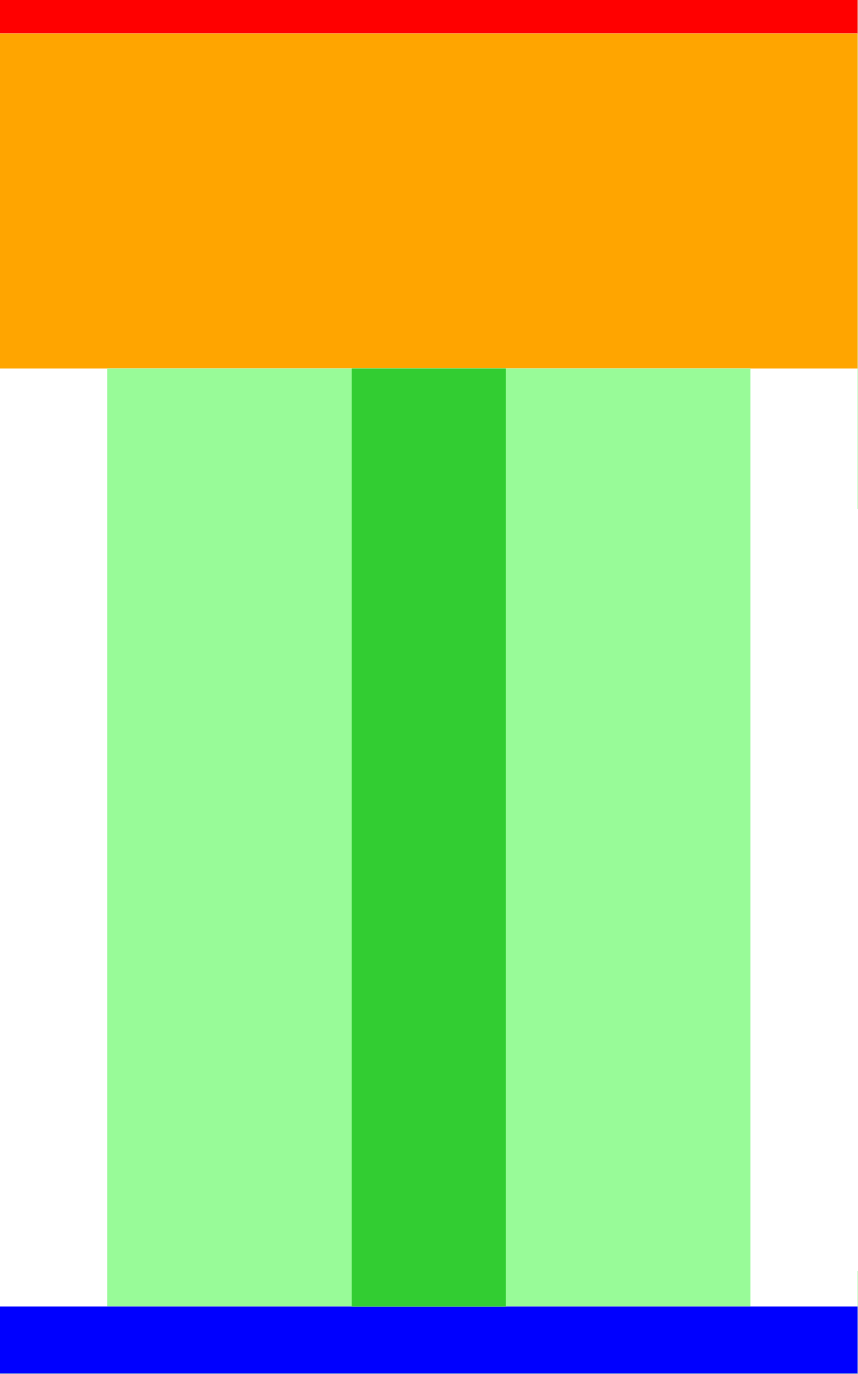
Repository: Y-takumi0/DMMwebcamp
Page: exercise/chapter4.html
The author's editor kept a record of every edit. The page is drawn from the files as they stood at one moment, then again after the next edit.
The browser window is 1280 px wide. The pictures show the whole page, at 67% of full size.

Above is the page before.

### exercise/chapter4.html
<!DOCTYPE html>
<html lang="ja">
  <head>
    <meta charset="UTF-8" />
    <link rel="stylesheet" href="chapter4.css" />
    <title>chapter4</title>
  </head>

  <body>
    <div class="header"></div>
    <div class="main-visual"></div>
    <div class="main">
      <div class="blog"></div>
    </div>
    <div class="footer"></div>
  </body>
</html>

### exercise/chapter4.css
* {
  margin: 0;
  padding: 0;
  box-sizing: border-box;
}

.header {
  width: 100%;
  height: 50px;
  background-color: red;
}

.main-visual {
  width: 100%;
  height: 500px;
  background-color:  orange
}

.main {
  width: 960px;
  height: 1400px;
  background-color: palegreen;
  display: flex;
  justify-content: center;
  margin: 0 auto;
}

.blog {
  width: 230px;
  height: 1400px;
  background-color: limegreen;
}

.footer {
  width: 100%;
  height: 100px;
  background-color: blue;
}

After the next edit:
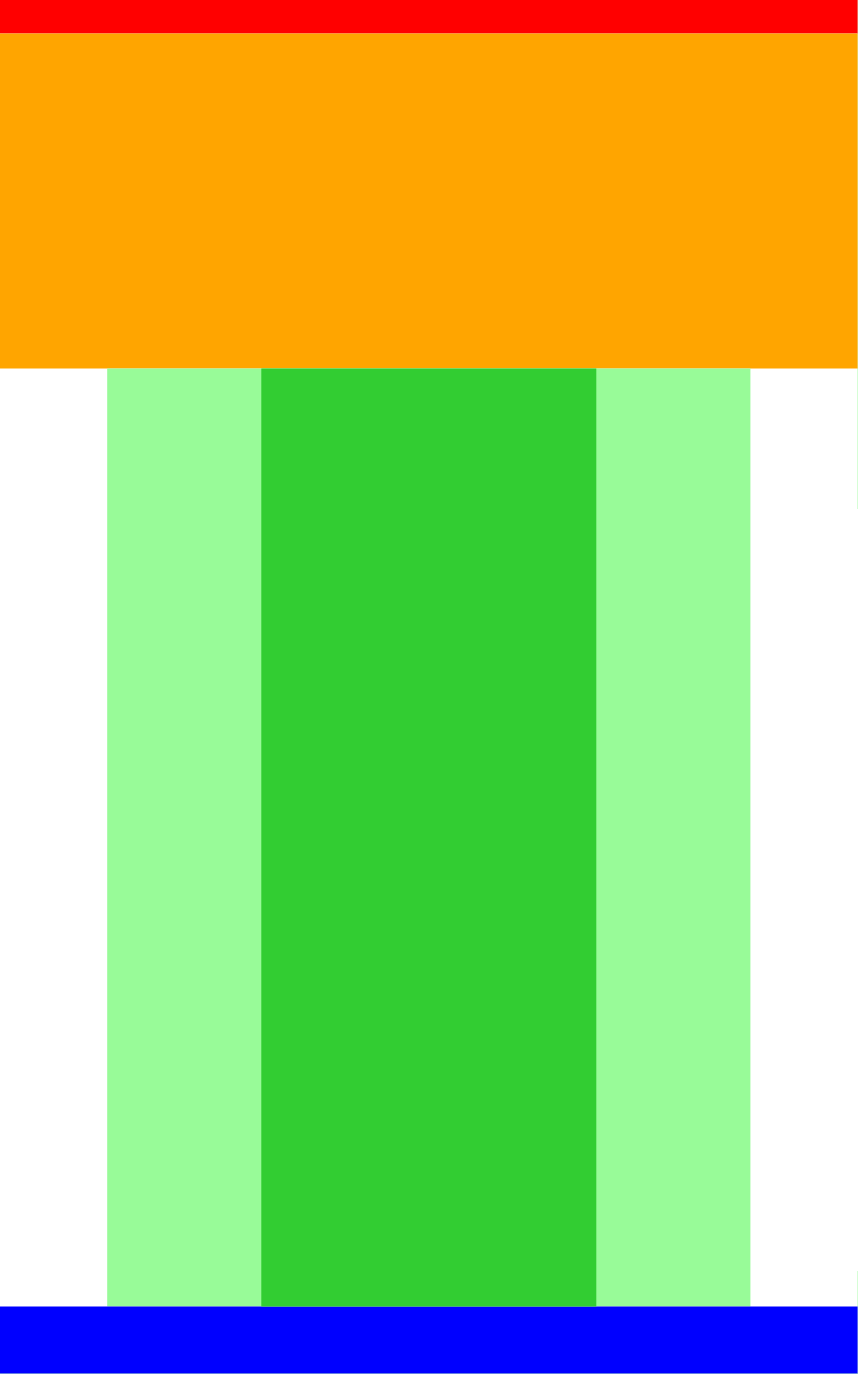
The edit:
--- a/exercise/chapter4.css
+++ b/exercise/chapter4.css
@@ -26,7 +26,7 @@
 }
 
 .blog {
-  width: 230px;
+  width: 500px;
   height: 1400px;
   background-color: limegreen;
 }
